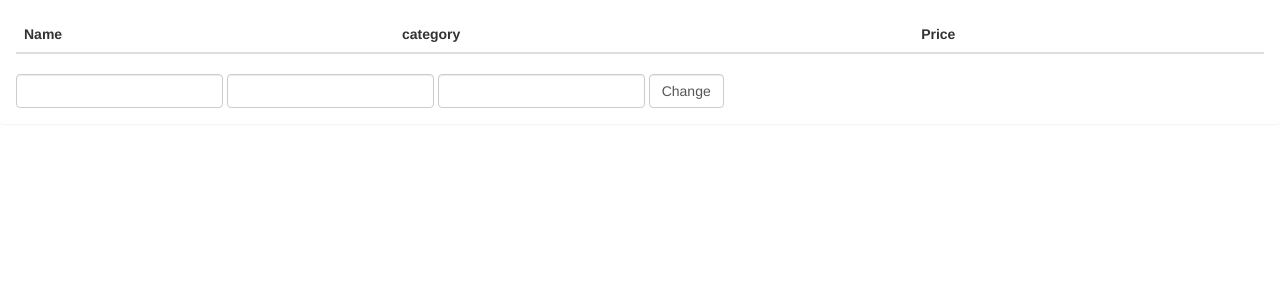
Repository: chisun-joung/workplace
Page: angularJS/WebContent/Chap17_CustomDirective/P517_Compile.html
An editor plug-in stored every save of this project. The page is shown before and after the next save, followed by the edit.
The browser window is 1280 px wide. The pictures show the whole page.
Some web libraries are served in a nearby version.

Above is the page before, as saved 2016-12-01 01:51:47.

After the next save:
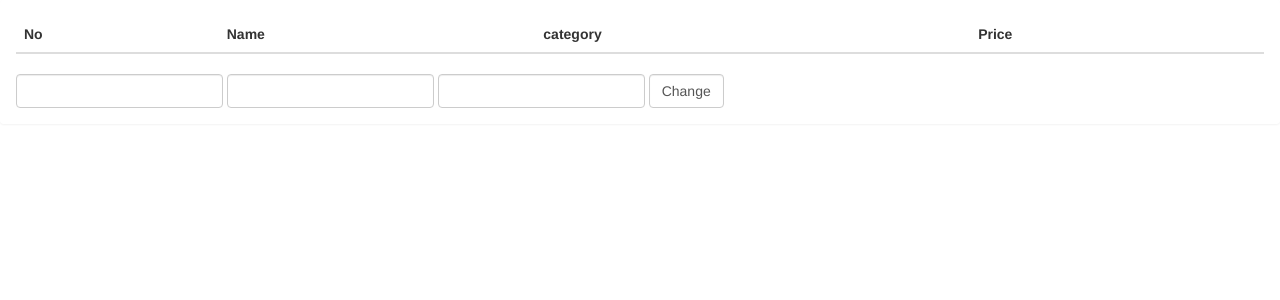
Saved 34 s later.
--- a/angularJS/WebContent/Chap17_CustomDirective/P517_Compile.html
+++ b/angularJS/WebContent/Chap17_CustomDirective/P517_Compile.html
@@ -57,6 +57,7 @@
 		<table class="table table-striped">
 			<thead>
 				<tr>
+					<th>No</th>
 					<th>Name</th>
 					<th>category</th>
 					<th>Price</th>
@@ -64,6 +65,7 @@
 			</thead>
 			<tbody>
 				<tr simple-repeater products="products">
+					<td>{{$index}}</td>
 					<td>{{item.name}}</td>
 					<td>{{item.category}}</td>
 					<td>{{item.price | currency}}</td>

After the save that followed:
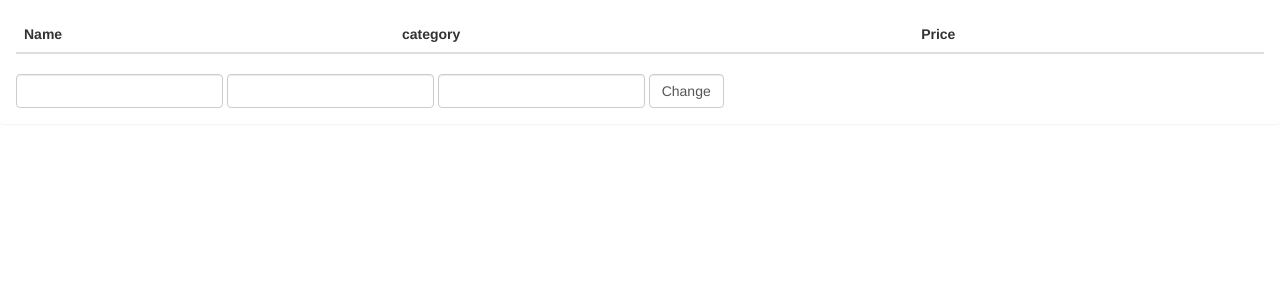
Saved 2 min 0 s later.
--- a/angularJS/WebContent/Chap17_CustomDirective/P517_Compile.html
+++ b/angularJS/WebContent/Chap17_CustomDirective/P517_Compile.html
@@ -57,7 +57,7 @@
 		<table class="table table-striped">
 			<thead>
 				<tr>
-					<th>No</th>
+
 					<th>Name</th>
 					<th>category</th>
 					<th>Price</th>
@@ -65,7 +65,7 @@
 			</thead>
 			<tbody>
 				<tr simple-repeater products="products">
-					<td>{{$index}}</td>
+
 					<td>{{item.name}}</td>
 					<td>{{item.category}}</td>
 					<td>{{item.price | currency}}</td>
